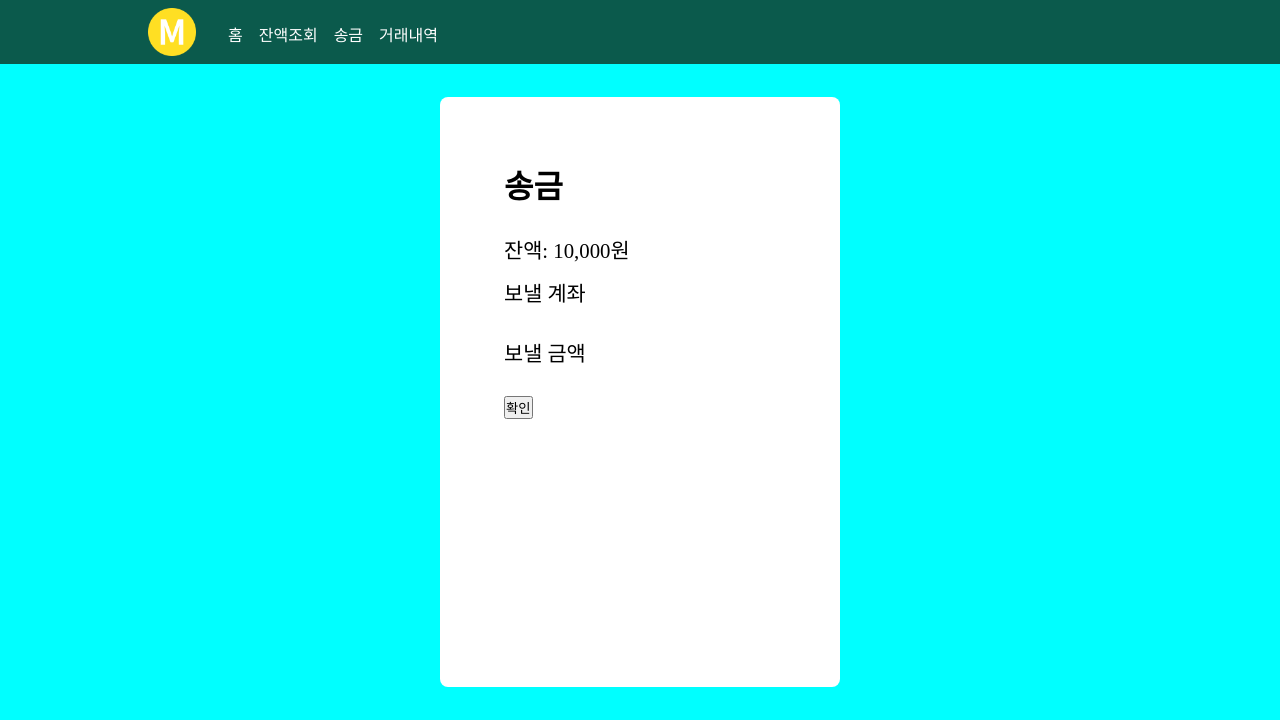
Repository: JiNookk/makaobank
Page: week06/makaoBank/transfer.html
The author's editor kept a copy of each file at every save. The page is drawn from the files as they stood at one save, then again after the next save.
The browser window is 1280 px wide. The pictures show the whole page.

Above is the page before, as saved 2022-09-13 17:44:16.

### week06/makaoBank/transfer.html
<!DOCTYPE html>
<html lang="ko">
    <head>
        <meta charset="UTF-8">
        <title>마카오 뱅크</title>
        <!-- <link rel="favicon for makaoBank" href="./resources/logo.png"> favicon나중에 넣어보기-->
        <link rel="stylesheet" href="./css/reset.css">
        <link rel="stylesheet" href="./css/layout.css">
        <link rel="stylesheet" href="./css/elements.css">
    </head>
    <body>
        <header>
            <nav id="nav-item-container">
                <a href="./index.html">
                    <img id="home-logo" alt="makaoBank home Button" src="./resources/logo.png">
                </a>
                <a href="./index.html">홈</a>
                <a href="./amount.html">잔액조회</a>
                <a href="./transfer.html">송금</a>
                <a href="./transaction.html">거래내역</a>
                </nav>
        </header>
        <main>
            <section class="content-container">
                <h1>송금</h1>
                <p>
                    잔액: 10,000원
                </p>
                <form action="" method="get">
                    <div>
                        <label for="account"><p>보낼 계좌</p></label>
                        <input type="account" value="">
                    </div>

                    <div>
                        <label for="number"><p>보낼 금액</p></label>
                        <input type="number" value="">
                    </div>

                    <div>
                        <button type="submit">확인</button>
                    </div>
                </form>
            </section>
        </main>
    </body>
</html>

### week06/makaoBank/css/reset.css
* {
    box-sizing: border-box;
    margin: 0px;
    padding: 0px;
}

### week06/makaoBank/css/layout.css
html{
    width: 100%;
    height: 100%;
}

body{
    display: grid;
    grid: 4rem 1fr 18fr 1fr / 1fr 500px 500px 1fr;

    grid-template-areas:
    "header header header header"
    ". . . ."
    ". main main ."
    ". . . .";

    color: white;
    background-color: aqua;

    width: 100%;
    height: 100%;
}

#home-contents-container{
    grid: 4rem 1fr 300px 1fr / 1fr 500px 500px 1fr;
    grid-template-areas:
    "header header header header"
    ". . . ."
    ". main main ."
    ". . . .";
}

header{
    grid-column-start: span 4;
    grid-area:header;

    display: grid;
    grid-template-columns: 1fr 500px 500px 1fr;

    height: 4rem;
    background-color: rgb(11,90,76);
}

nav{
    grid-column-start: 2;
    grid-row-start: 1;
}

nav *{
    margin-right: 1rem;
}

main{
    display: flex;
    justify-content: center;
    grid-area: main;
}

aside{
    grid-area: aside;
}

### week06/makaoBank/css/elements.css
/* aside>div{
    background-image: url("../resources/saving.png");
    width: 100%;
    height: 100%;
} */

h1{
    font-size: 2rem;
}

a{
    color: white;
    text-decoration: none;
}

p{
    font-size: 1.3rem;

    margin-bottom: .8rem;
}

#nav-item-container{
    display: flex;

    align-items: center;

    padding: .5rem;
}

#home-items-container{
    display: flex;
}

#home-logo{
    height: 3rem;
}

#home-description{
    font-size: 1.8rem;

    display: flex;
    flex-direction: column;
    align-items: center;

    width: 500px;
}

#home-description button{
    font-size: .6rem;

    justify-self: center;
    margin: .3rem;
    margin-top: 3rem;

    background-color: rgb(11,90,76);
    color: white;

    width: 160px;
    height: 65px;

    border-radius: 2.3rem;
}

#saving-image{
    width: 72vh;
    height: 40vh;
}

.content-container{
    padding: 4rem;

    width: 40%;
    height: 100%;

    border-radius: .5rem;

    background-color: white;
}

.content-container *{
    color: black;
    /* margin-bottom: .8rem; */
}

.content-container h1{
    margin-bottom: 1.7rem;
}

form p{
    margin-bottom: 0;
}

input{
    margin-bottom: .8rem;
    border: rgb(221,221,221);
}

After the next save:
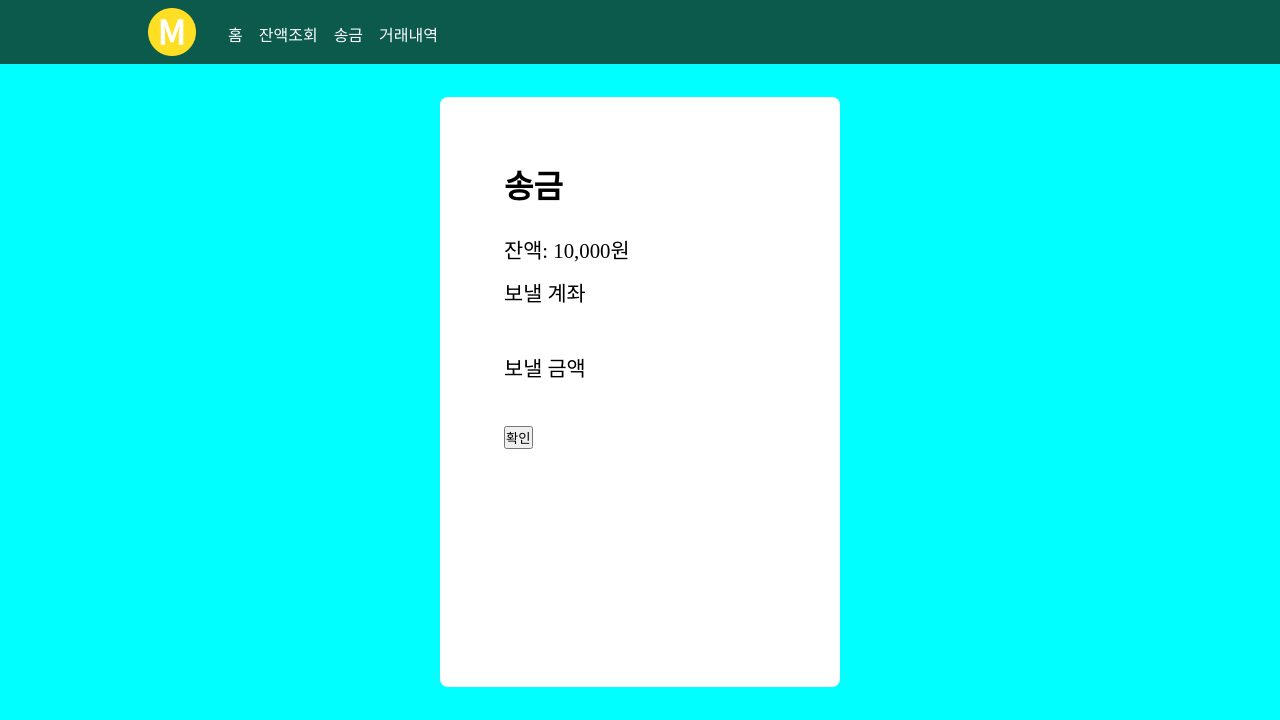
Saved 13 s later.
--- a/week06/makaoBank/css/elements.css
+++ b/week06/makaoBank/css/elements.css
@@ -92,5 +92,8 @@ form p{
 
 input{
     margin-bottom: .8rem;
+
+    height: 2rem;
+
     border: rgb(221,221,221);
 }
